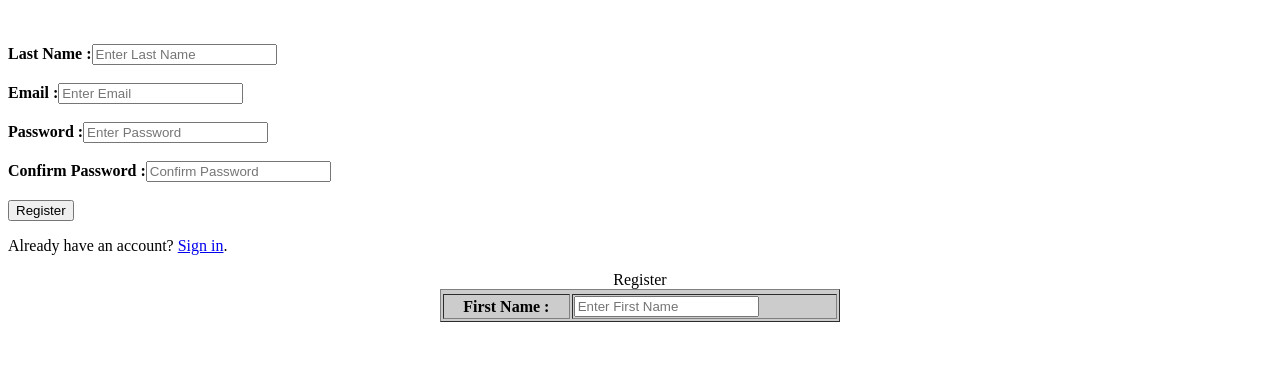
Repository: 1919satya/Mode2
Page: sample/sample/WebContent/sample.html
An editor plug-in stored every save of this project. The page is shown before and after the next save, followed by the edit.
The browser window is 1280 px wide. The pictures show the whole page.

Above is the page before, as saved 2019-10-09 10:04:56.

### sample/sample/WebContent/sample.html
<!DOCTYPE html>
<html>
<head>
<meta charset="ISO-8859-1">
<title>Insert title here</title>
</head>
<body>

<form >
<div class="container">
<table border="1" align="center" width="400" bgcolor="#CCCCCC" >

  <tr>
    <caption>Register</caption>
    <th>First Name :</th>
   <td><input type="text" placeholder="Enter First Name" name="firstName"  required></td><br/><br/>
    <b>Last Name :</b>
    <input type="text" placeholder="Enter Last Name" name="lastName" required> <br/><br/>
    <b>Email :</b>
    <input type="text" placeholder="Enter Email" name="email" required> <br/><br/>

    <b>Password :</b>
    <input type="password" placeholder="Enter Password" name="psw" required> <br/><br/>

    <b>Confirm Password :</b>
    <input type="password" placeholder="Confirm Password" name="psw-repeat" required> <br/><br/>

    <button type="submit" class="registerbtn">Register</button>
  </div>

  <div class="container signin">
    <p>Already have an account? <a href="#">Sign in</a>.</p>
  </div>
</form>
</table>
</body>
</html>

After the next save:
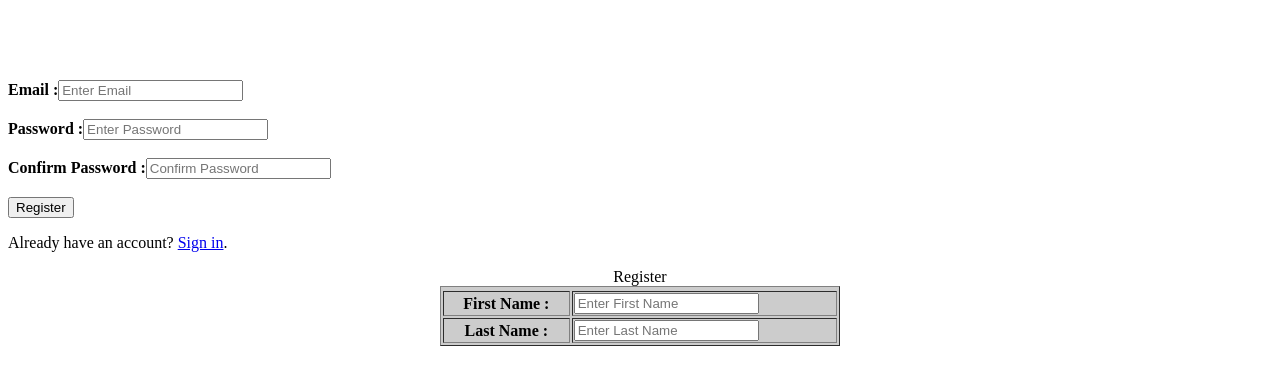
Saved 101 s later.
--- a/sample/sample/WebContent/sample.html
+++ b/sample/sample/WebContent/sample.html
@@ -14,8 +14,13 @@
     <caption>Register</caption>
     <th>First Name :</th>
    <td><input type="text" placeholder="Enter First Name" name="firstName"  required></td><br/><br/>
-    <b>Last Name :</b>
-    <input type="text" placeholder="Enter Last Name" name="lastName" required> <br/><br/>
+   </tr>
+
+   <tr>
+    <th>Last Name :</th>
+    <td><input type="text" placeholder="Enter Last Name" name="lastName" required></td> <br/><br/>
+    </tr>
+
     <b>Email :</b>
     <input type="text" placeholder="Enter Email" name="email" required> <br/><br/>
 
